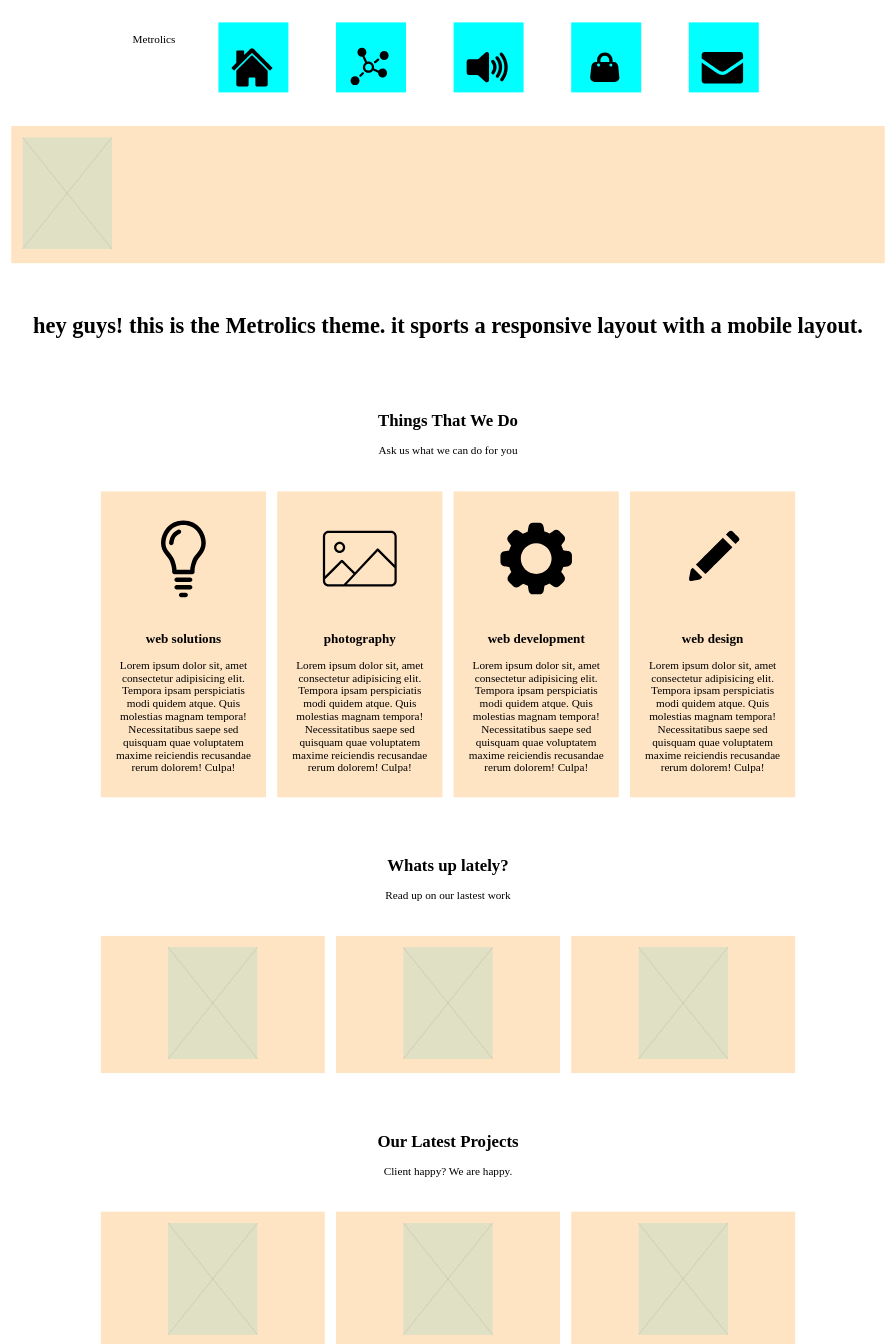
Repository: jjennbui/MDIA2003G-Assignment03B
Page: index.html
These files come from the project's save history. The page is drawn as it stood at one moment and after a run of saves; the edit follows.
The browser window is 1280 px wide. The pictures show the part of the page from y = 0 to 1920 px (the page is 2623 px tall before and 5860 px after), at 70% of full size.

Above is the page before, as saved 2023-01-30 23:04:29.

After the next 5 saves:
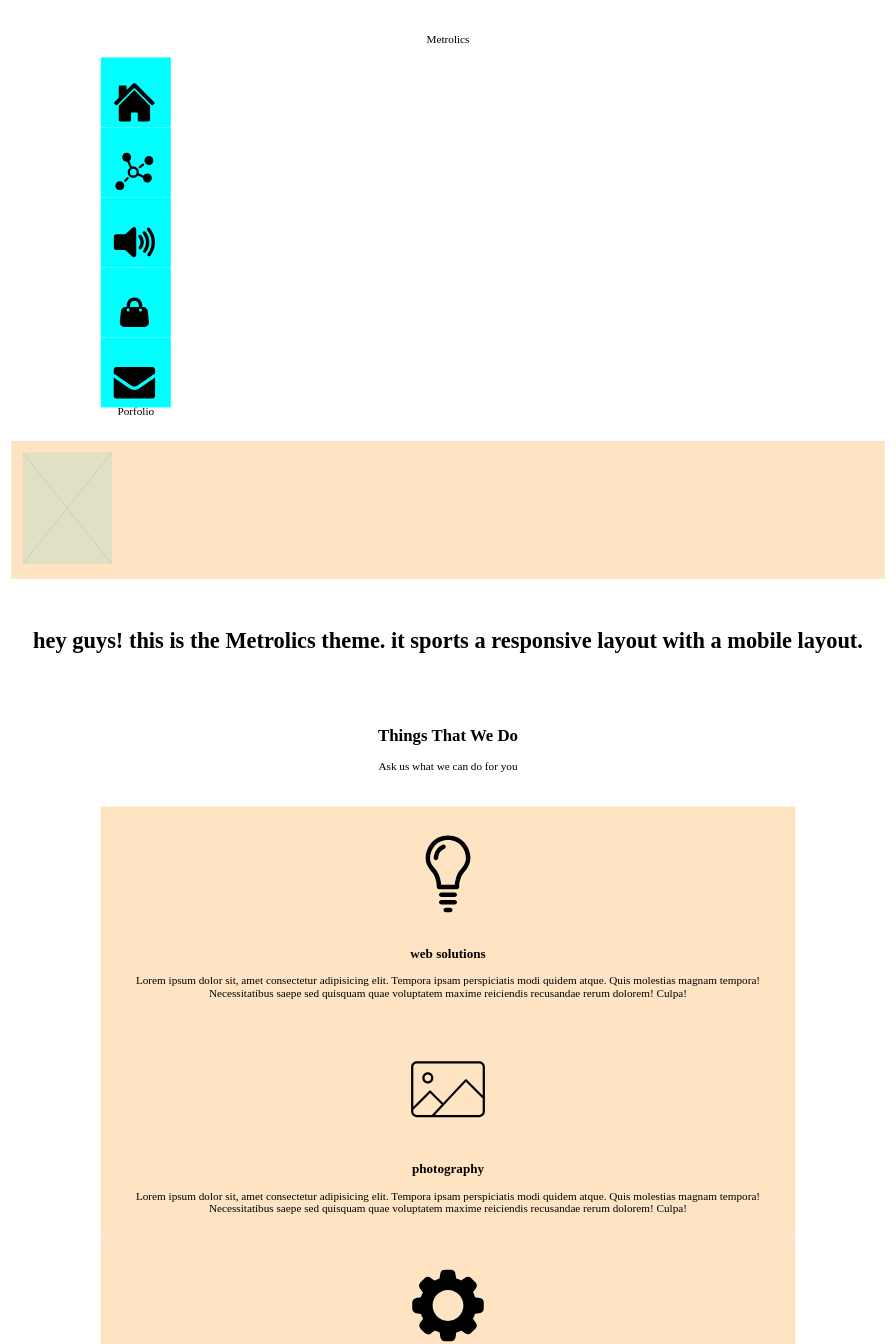
The 5 saves are shown as one change because they came seconds apart.
The last was saved 14 s later.
--- a/css/main.css
+++ b/css/main.css
@@ -34,6 +34,8 @@
 
 }
 
+.Me
+
 .row {
   display: grid;
   row-gap: 1rem;

After the save that followed:
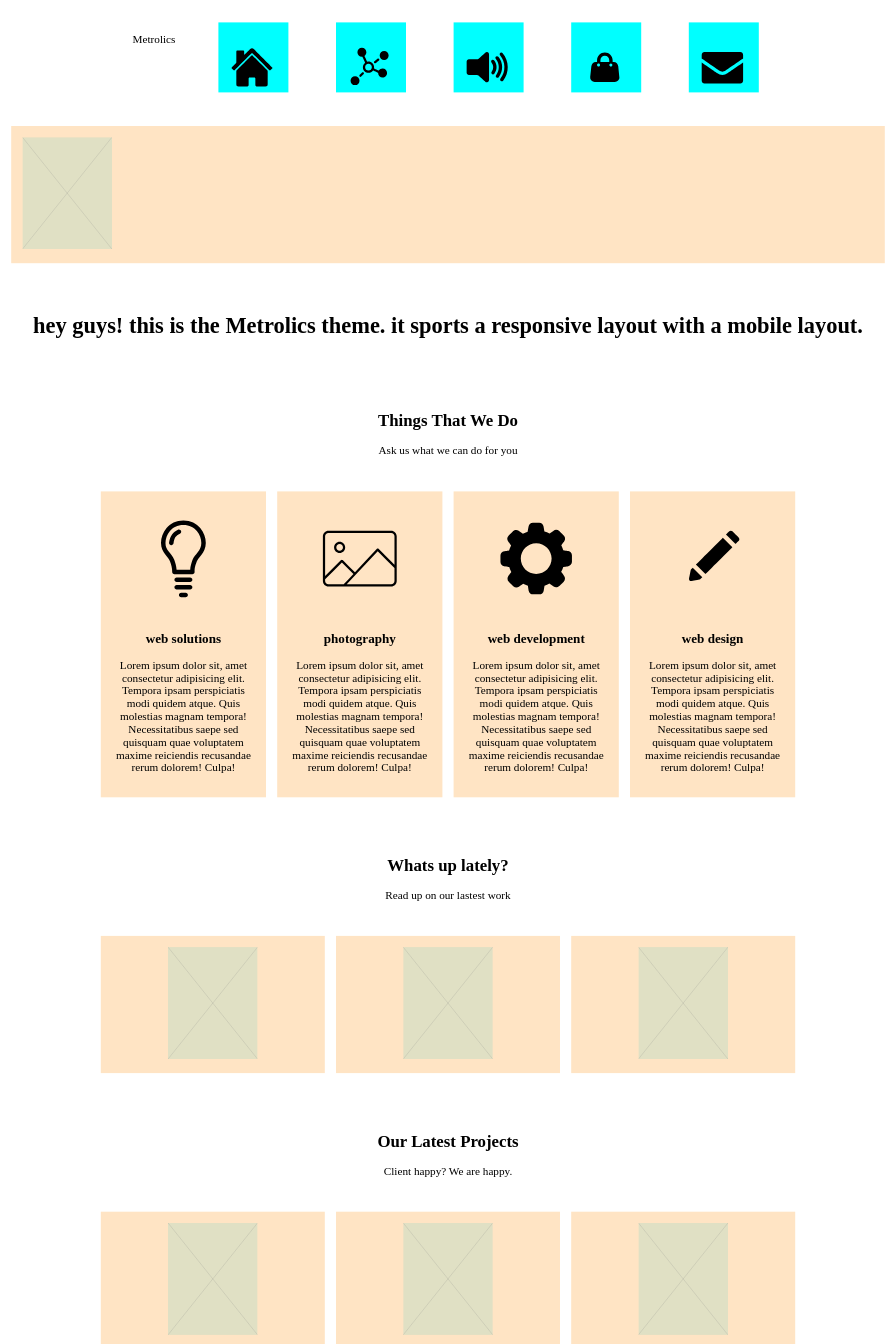
Saved 5 s later.
--- a/css/main.css
+++ b/css/main.css
@@ -34,7 +34,9 @@
 
 }
 
-.Me
+.Metrolics{
+
+}
 
 .row {
   display: grid;
